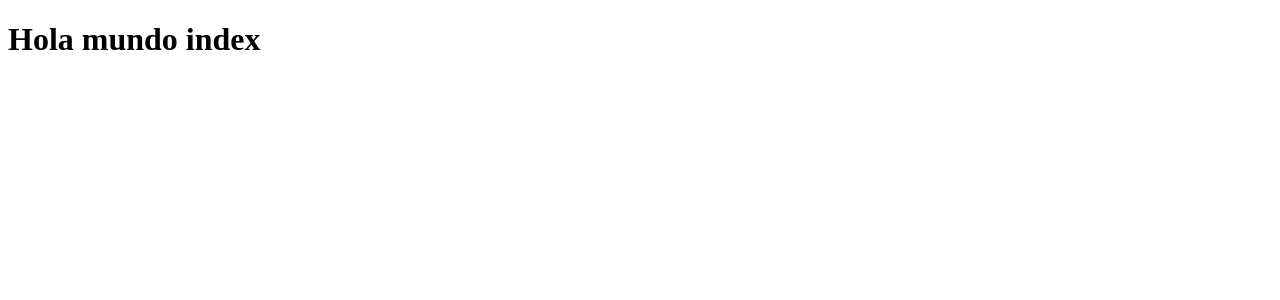
Repository: ErMamone/WebappV1.2
Page: http://localhost/holamundov3/
An editor plug-in stored every save of this project. The page is shown before and after the next save, followed by the edit.
The browser window is 1280 px wide. The pictures show the whole page.
The page is served by Tomcat 9. Other server files are loaded and not shown.

Above is the page before, as saved 2020-03-03 19:18:50.

### holamundov3/webapp/index.jsp
<%@ page language="java" contentType="text/html; charset=UTF-8"
	pageEncoding="UTF-8"%>
<!DOCTYPE html>
<html>
<head>
<meta charset="UTF-8">
<title>Insert title here</title>
</head>
<body>
	<h1>Hola mundo index</h1>
	<a href="${pageContext.request.contextPath}/-home"
</body>
</html>

After the next save:
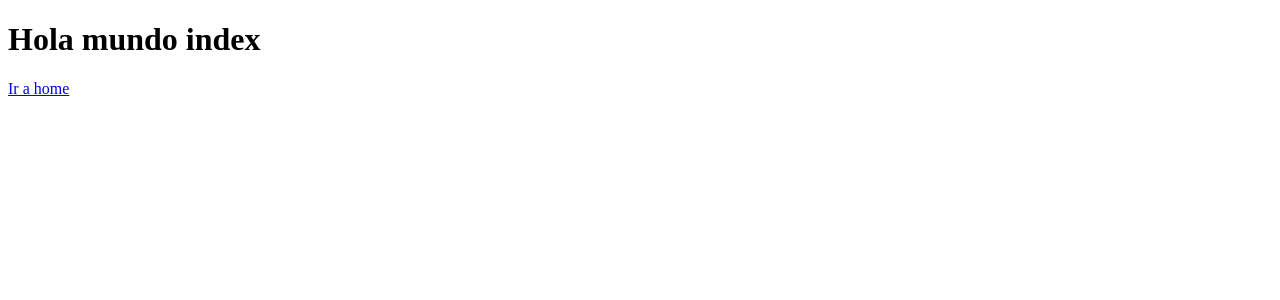
Saved 11 s later.
--- a/holamundov3/webapp/index.jsp
+++ b/holamundov3/webapp/index.jsp
@@ -8,6 +8,6 @@
 </head>
 <body>
 	<h1>Hola mundo index</h1>
-	<a href="${pageContext.request.contextPath}/-home"
+	<a href="${pageContext.request.contextPath}/home">Ir a home</a>
 </body>
 </html>
